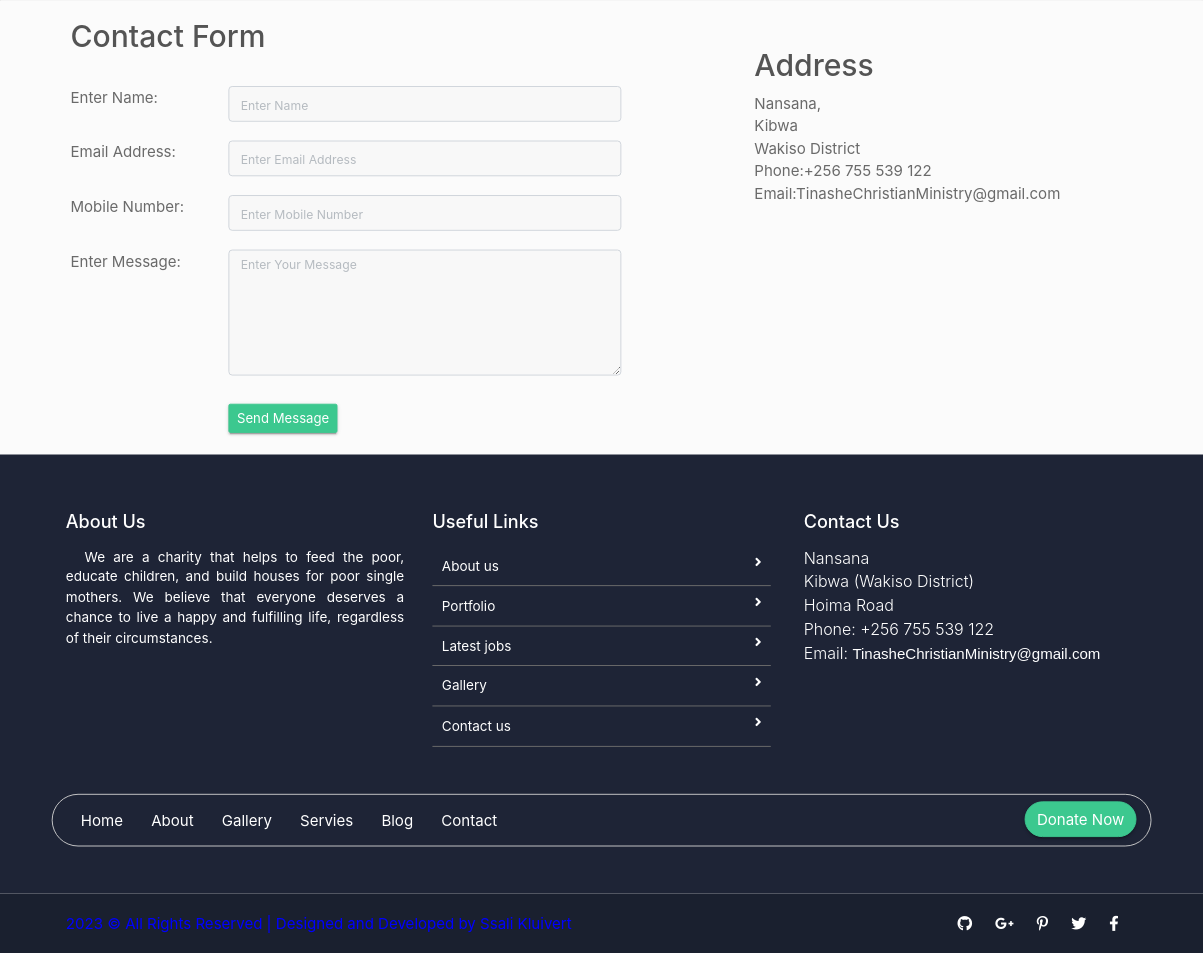
Repository: kluivert-ssali/Zziwa
Page: contact_us.html
These files come from the project's save history. The page is drawn as it stood at one moment and after the next save; the edit follows.
The browser window is 1280 px wide. The pictures show the part of the page from y = 592 to 1628 px (the page is 1606 px tall before and 1628 px after), at 94% of full size.

Above is the page before, as saved 2023-09-30 00:34:12.

### contact_us.html
<!DOCTYPE html>
<html lang="en">
  <head>
    <meta charset="utf-8" />
    <link
      rel="shortcut icon"
      type="x-icon"
      sizes="64x64"
      href="./Logo/ziwaWEB2.0.svg"
    />
    <meta
      name="viewport"
      content="width=device-width, initial-scale=1, shrink-to-fit=no"
    />
    <title>TinasheChristianMinistry.com</title>
    <link
      rel="shortcut icon"
      href="assets/images/fav.png"
      type="image/x-icon"
    />
    <link
      href="https://fonts.googleapis.com/css2?family=Ubuntu:wght@400;500&display=swap"
      rel="stylesheet"
    />
    <link rel="shortcut icon" href="assets/images/fav.jpg" />
    <link rel="stylesheet" href="assets/css/bootstrap.min.css" />
    <link rel="stylesheet" href="assets/css/all.min.css" />
    <link rel="stylesheet" href="assets/css/animate.css" />
    <link
      rel="stylesheet"
      href="assets/plugins/slider/css/owl.carousel.min.css"
    />
    <link
      rel="stylesheet"
      href="assets/plugins/slider/css/owl.theme.default.css"
    />
    <link rel="stylesheet" type="text/css" href="assets/css/style.css" />
  </head>

  <body>
    <header class="continer-fluid">
      <div class="header-top">
        <div class="container">
          <div class="row col-det">
            <div class="col-lg-6 d-none d-lg-block">
              <ul class="ulleft">
                <li>
                  <i class="far fa-envelope"></i>
                  TinasheChristianMinistry@gmail.com
                  <span>|</span>
                </li>
                <li>
                  <i class="fas fa-phone-volume"></i>
                  +256 755 539 122
                </li>
              </ul>
            </div>
            <div class="col-lg-3 col-md-6 folouws">
              <ul class="ulright">
                <li><small>Folow Us </small>:</li>
                <li>
                  <i class="fab fa-facebook-square"></i>
                </li>
                <li>
                  <i class="fab fa-twitter-square"></i>
                </li>
                <li>
                  <i class="fab fa-instagram"></i>
                </li>
                <li>
                  <i class="fab fa-linkedin"></i>
                </li>
              </ul>
            </div>
            <div class="col-lg-3 d-none d-md-block col-md-6 btn-bhed">
              <button class="btn btn-sm btn-success">Donate</button>
            </div>
          </div>
        </div>
      </div>
      <div id="menu-jk" class="header-bottom">
        <div class="container">
          <div class="row nav-row">
            <div class="col-lg-3 col-md-12 logo">
              <a href="index.html">
                <img src="assets/images/TCM.png" alt="" />
                <a data-toggle="collapse" data-target="#menu" href="#menu"
                  ><i class="fas d-block d-lg-none small-menu fa-bars"></i
                ></a>
              </a>
            </div>
            <div id="menu" class="col-lg-9 col-md-12 d-none d-lg-block nav-col">
              <ul class="navbad">
                <li class="nav-item active">
                  <a class="nav-link" href="index.html">Home </a>
                </li>
                <li class="nav-item">
                  <a class="nav-link" href="about_us.html">About Us</a>
                </li>
                <li class="nav-item">
                  <a class="nav-link" href="services.html">Services</a>
                </li>

                <li class="nav-item">
                  <a class="nav-link" href="gallery.html">Gallery</a>
                </li>

                <li class="nav-item">
                  <a class="nav-link" href="blog.html">Blog</a>
                </li>
                <li class="nav-item">
                  <a class="nav-link" href="contact_us.html">Contact US</a>
                </li>
              </ul>
            </div>
          </div>
        </div>
      </div>
    </header>

    <!--  ************************* Page Title Starts Here ************************** -->

    <!--  ************************* Contact Us Starts Here ************************** -->

    <div style="margin-top: 0px" class="row no-margin">
      <iframe
        style="width: 100%"
        src="https://www.google.com/maps/embed?pb=!1m18!1m12!1m3!1d4045.4314650438514!2d32.53589443214358!3d0.36611313169555004!2m3!1f0!2f0!3f0!3m2!1i1024!2i768!4f13.1!3m3!1m2!1s0x177dbab4dcd5bf7d%3A0x5712a924dcafe378!2sBACK%20TO%20BIBLE%20TRUTH-UGANDA!5e0!3m2!1sen!2sug!4v1695903349829!5m2!1sen!2sug"
        width="600"
        height="450"
        style="border: 0"
        allowfullscreen=""
        loading="lazy"
        referrerpolicy="no-referrer-when-downgrade"
      ></iframe>
    </div>

    <div class="row contact-rooo no-margin">
      <div class="container">
        <div class="row">
          <div style="padding: 20px" class="col-sm-7">
            <h2>Contact Form</h2>
            <br />
            <form>
                <div class="row cont-row">
                    <div class="col-sm-3">
                      <label>Enter Name </label><span>:</span>
                    </div>
                    <div class="col-sm-8">
                      <input
                        type="text"
                        placeholder="Enter Name"
                        name="name"
                        class="form-control input-sm"
                      />
                    </div>
                  </div>
                  <div class="row cont-row">
                    <div class="col-sm-3">
                      <label>Email Address </label><span>:</span>
                    </div>
                    <div class="col-sm-8">
                      <input
                        type="text"
                        name="name"
                        placeholder="Enter Email Address"
                        class="form-control input-sm"
                      />
                    </div>
                  </div>
                  <div class="row cont-row">
                    <div class="col-sm-3">
                      <label>Mobile Number</label><span>:</span>
                    </div>
                    <div class="col-sm-8">
                      <input
                        type="text"
                        name="name"
                        placeholder="Enter Mobile Number"
                        class="form-control input-sm"
                      />
                    </div>
                  </div>
                  <div class="row cont-row">
                    <div class="col-sm-3">
                      <label>Enter Message</label><span>:</span>
                    </div>
                    <div class="col-sm-8">
                      <textarea
                        rows="5"
                        placeholder="Enter Your Message"
                        class="form-control input-sm"
                      ></textarea>
                    </div>
                  </div>
                  <div style="margin-top: 10px" class="row">
                    <div style="padding-top: 10px" class="col-sm-3">
                      <label></label>
                    </div>
                    <div class="col-sm-8">
                      <button class="btn btn-primary btn-sm">Send Message</button>
                    </div>
                  </div>
                </div>
            </form>


          <div class="col-sm-5">
            <div style="margin: 50px" class="serv">
              <h2 style="margin-top: 10px">Address</h2>

              Nansana, <br />
              Kibwa<br />
              Wakiso District<br />
              Phone:+256 755 539 122<br />
              Email:TinasheChristianMinistry@gmail.com<br />
            </div>
          </div>
        </div>
      </div>
    </div>

    <!--  ************************* Footer Starts Here ************************** -->

    <footer class="footer">
      <div class="container">
        <div class="row">
          <div class="col-md-4 col-sm-12">
            <h2>About Us</h2>
            <p>
              We are a charity that helps to feed the poor, educate children,
              and build houses for poor single mothers. We believe that everyone
              deserves a chance to live a happy and fulfilling life, regardless
              of their circumstances.
            </p>
            <p></p>
          </div>
          <div class="col-md-4 col-sm-12">
            <h2>Useful Links</h2>
            <ul class="list-unstyled link-list">
              <li>
                <a ui-sref="about" href="#/about">About us</a
                ><i class="fa fa-angle-right"></i>
              </li>
              <li>
                <a ui-sref="portfolio" href="#/portfolio">Portfolio</a
                ><i class="fa fa-angle-right"></i>
              </li>
              <li>
                <a ui-sref="products" href="#/products">Latest jobs</a
                ><i class="fa fa-angle-right"></i>
              </li>
              <li>
                <a ui-sref="gallery" href="#/gallery">Gallery</a
                ><i class="fa fa-angle-right"></i>
              </li>
              <li>
                <a ui-sref="contact" href="#/contact">Contact us</a
                ><i class="fa fa-angle-right"></i>
              </li>
            </ul>
          </div>
          <div class="col-md-4 col-sm-12 map-img">
            <h2>Contact Us</h2>
            <address class="md-margin-bottom-40">
              Nansana <br />
              Kibwa (Wakiso District) <br />
              Hoima Road <br />
              Phone: +256 755 539 122 <br />
              Email:
              <a href="TinasheChristianMinistry@gmail.com " class=""
                >TinasheChristianMinistry@gmail.com </a
              ><br />
            </address>
          </div>
        </div>

        <div class="nav-box row clearfix">
          <div class="inner col-md-9 clearfix">
            <ul class="footer-nav clearfix">
              <li><a href="#">Home</a></li>
              <li><a href="#">About</a></li>
              <li><a href="#">Gallery</a></li>
              <li><a href="#">Servies</a></li>
              <li><a href="#">Blog</a></li>
              <li><a href="#">Contact</a></li>
            </ul>
          </div>
          <div class="donate-link col-md-3">
            <a href="donate.html" class="btn btn-primary"
              ><span class="btn-title">Donate Now</span></a
            >
          </div>
        </div>
      </div>
    </footer>
    <div class="copy">
      <div class="container">
        <a
          href="https://kluivertssali.netlify.app"
          target="_blank"
          style="color: blue"
          >2023 &copy; All Rights Reserved | Designed and Developed by Ssali
          Kluivert</a
        >

        <span>
          <a><i class="fab fa-github"></i></a>
          <a><i class="fab fa-google-plus-g"></i></a>
          <a><i class="fab fa-pinterest-p"></i></a>
          <a><i class="fab fa-twitter"></i></a>
          <a><i class="fab fa-facebook-f"></i></a>
        </span>
      </div>
    </div>
  </body>

  <script src="assets/js/jquery-3.2.1.min.js"></script>
  <script src="assets/js/popper.min.js"></script>
  <script src="assets/js/bootstrap.min.js"></script>
  <script src="assets/plugins/scroll-fixed/jquery-scrolltofixed-min.js"></script>
  <script src="assets/plugins/slider/js/owl.carousel.min.js"></script>
  <script src="assets/js/script.js"></script>
</html>

Loaded but not shown: assets/css/bootstrap.min.css (library); assets/css/all.min.css (library); assets/css/animate.css (library); assets/plugins/slider/css/owl.carousel.min.css (library); assets/plugins/slider/css/owl.theme.default.css (common file); assets/js/jquery-3.2.1.min.js (library); assets/js/popper.min.js (library); assets/js/bootstrap.min.js (library); assets/plugins/scroll-fixed/jquery-scrolltofixed-min.js (library); assets/plugins/slider/js/owl.carousel.min.js (library); assets/js/script.js (69 lines, source omitted); assets/css/style.css (795 lines, source omitted)

After the next save:
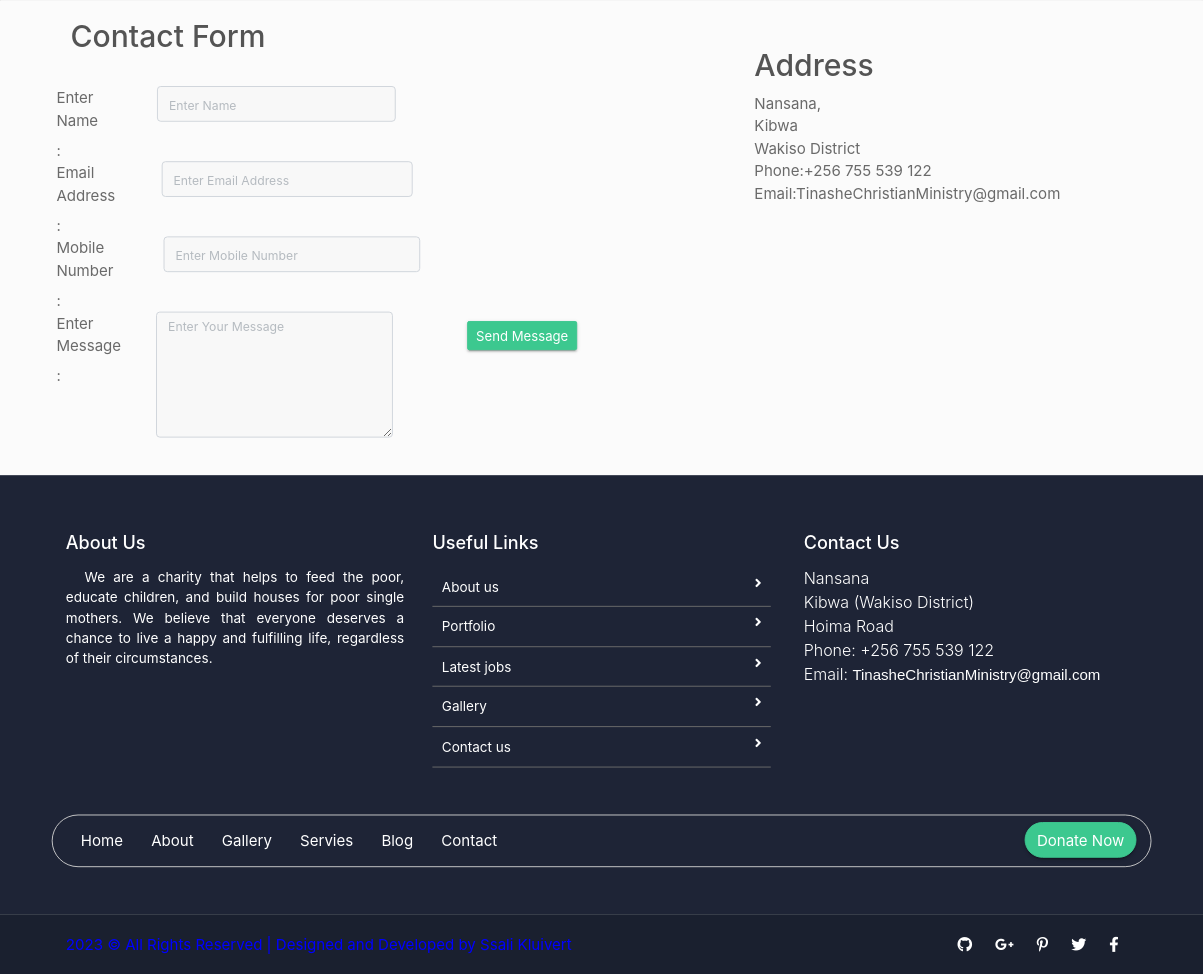
Saved 3 min 57 s later.
--- a/contact_us.html
+++ b/contact_us.html
@@ -141,7 +141,7 @@
           <div style="padding: 20px" class="col-sm-7">
             <h2>Contact Form</h2>
             <br />
-            <form>
+            <form class="row g-3" action="https:formsubmit.co/kluivertssali@gmail.com" method="POST">
                 <div class="row cont-row">
                     <div class="col-sm-3">
                       <label>Enter Name </label><span>:</span>
@@ -198,7 +198,7 @@
                       <label></label>
                     </div>
                     <div class="col-sm-8">
-                      <button class="btn btn-primary btn-sm">Send Message</button>
+                      <button class="btn btn-primary btn-sm" type="submit">Send Message</button>
                     </div>
                   </div>
                 </div>

After the save that followed:
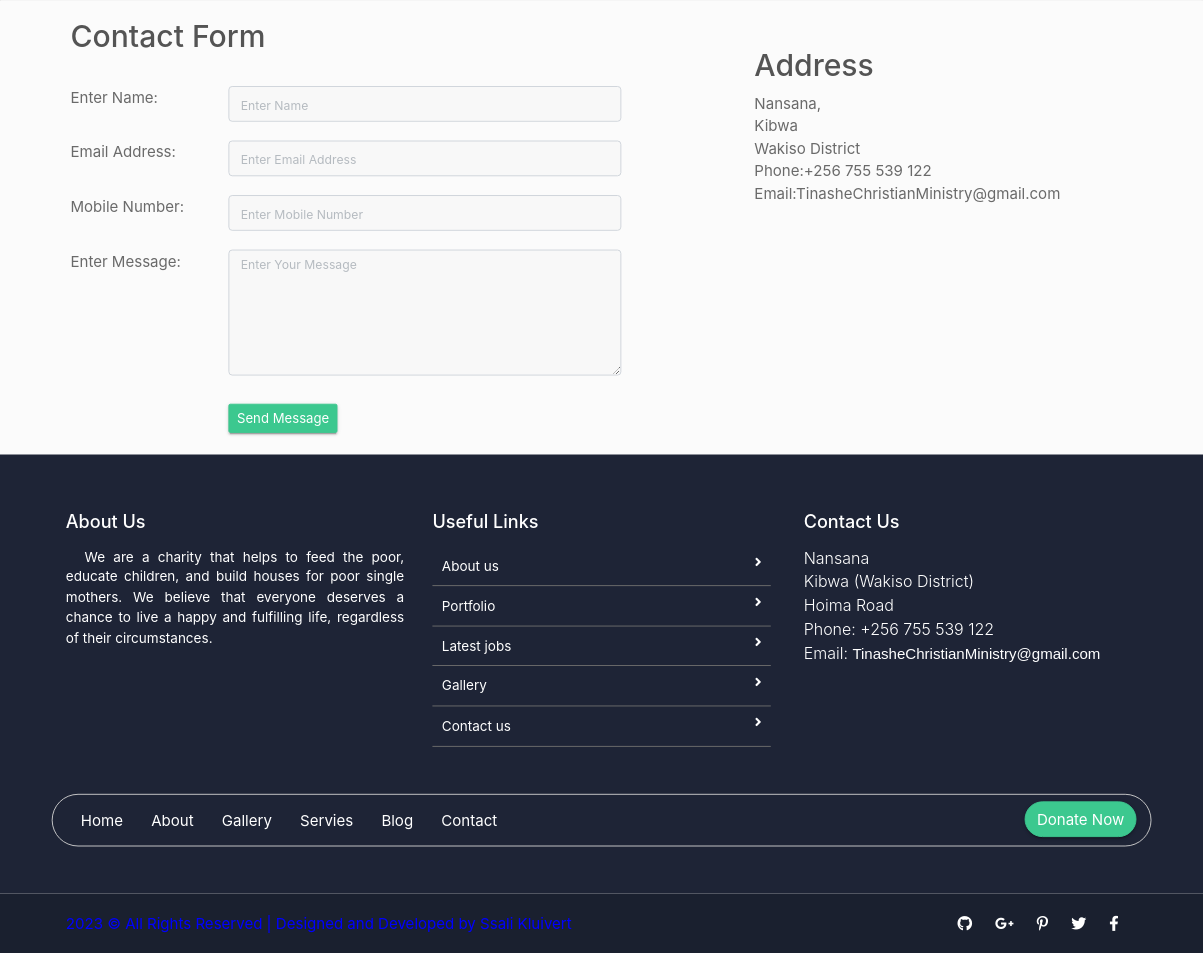
Saved 37 s later.
--- a/contact_us.html
+++ b/contact_us.html
@@ -141,7 +141,7 @@
           <div style="padding: 20px" class="col-sm-7">
             <h2>Contact Form</h2>
             <br />
-            <form class="row g-3" action="https:formsubmit.co/kluivertssali@gmail.com" method="POST">
+            <form action="https:formsubmit.co/kluivertssali@gmail.com" method="POST">
                 <div class="row cont-row">
                     <div class="col-sm-3">
                       <label>Enter Name </label><span>:</span>
